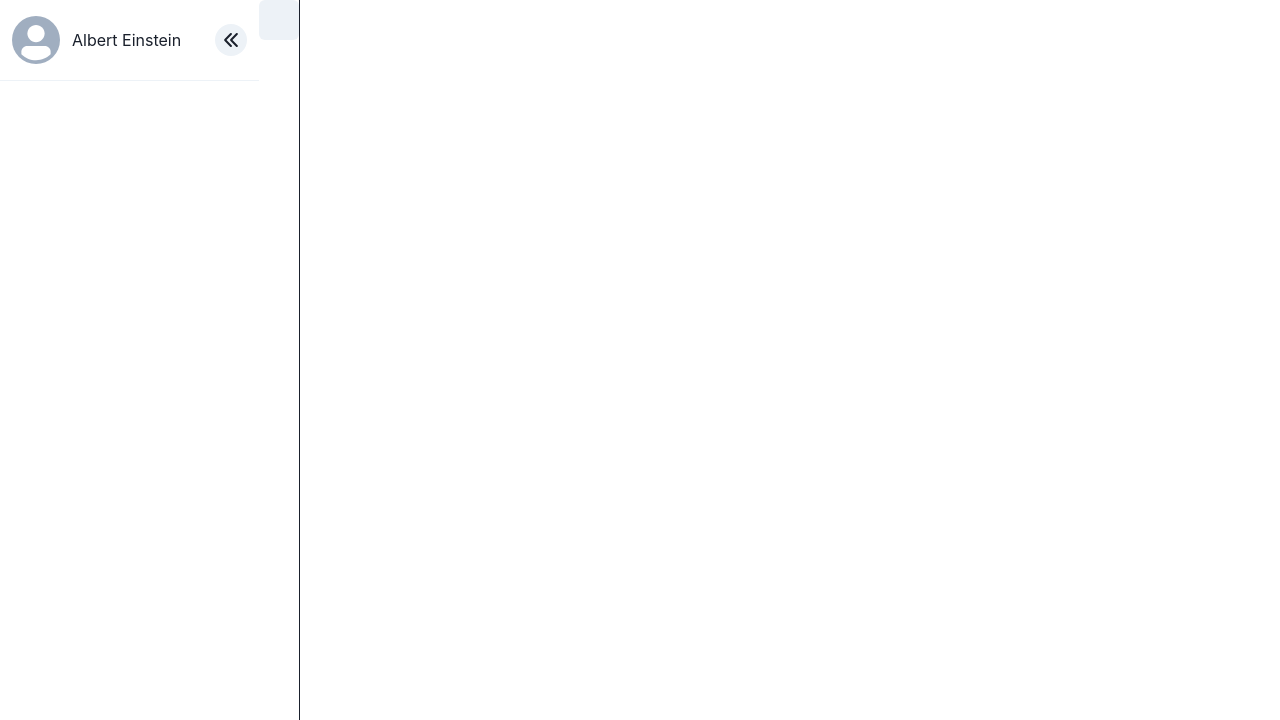
Repository: Siva20021/chat-app
Page: /
An editor plug-in stored every save of this project. The page is shown before and after the next save, followed by the edit.
The browser window is 1280 px wide. The pictures show the whole page.
The project was rebuilt for these pictures with package versions that can differ from the ones it lists, and the page was loaded fresh each time. The framework's server and built-in components were replaced by stand-ins that run in the browser. Also part of the build but not shown: next.config.js, components/Login.js.

Above is the page before, as saved 2022-06-05 12:05:25.

After the next save:
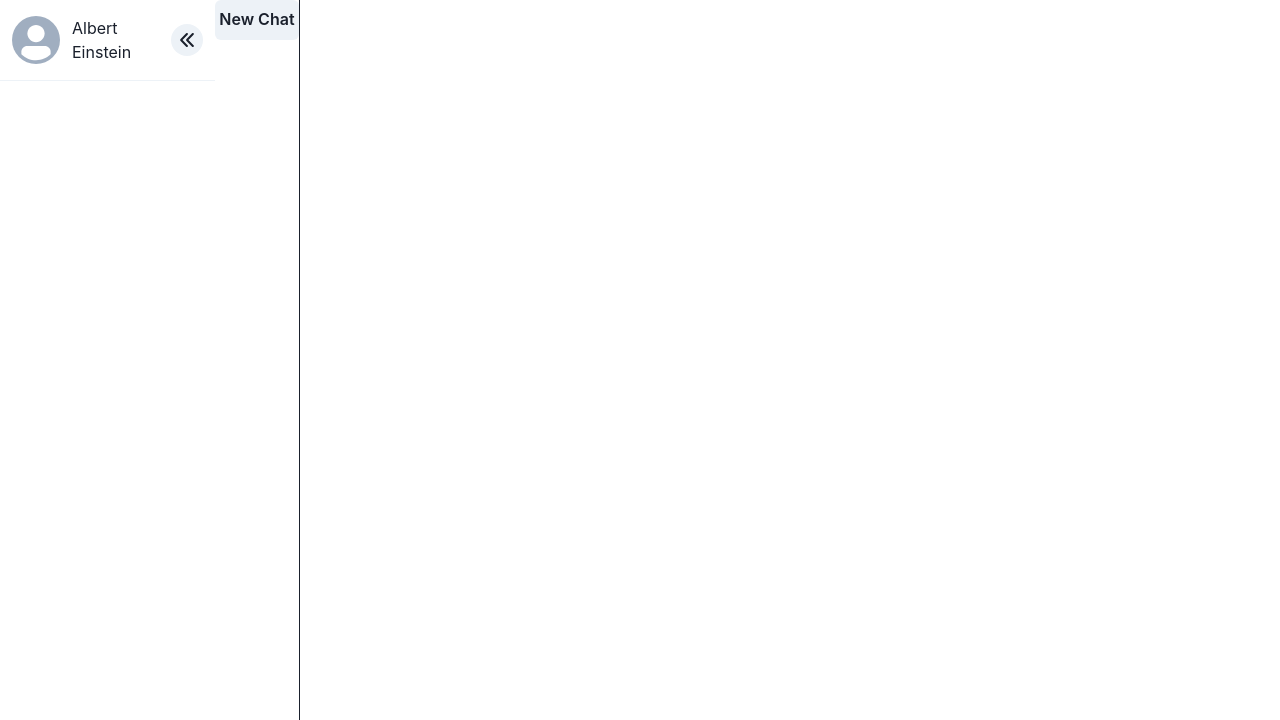
Saved 7 s later.
--- a/components/Sidebar.js
+++ b/components/Sidebar.js
@@ -27,7 +27,7 @@ export default function Sidebar() {
 
             <IconButton size="sm" isRound icon={<ArrowLeftIcon/>}/>
         </Flex>
-        <Button></Button>
+        <Button>New Chat</Button>
     </Flex>
   )
 }
